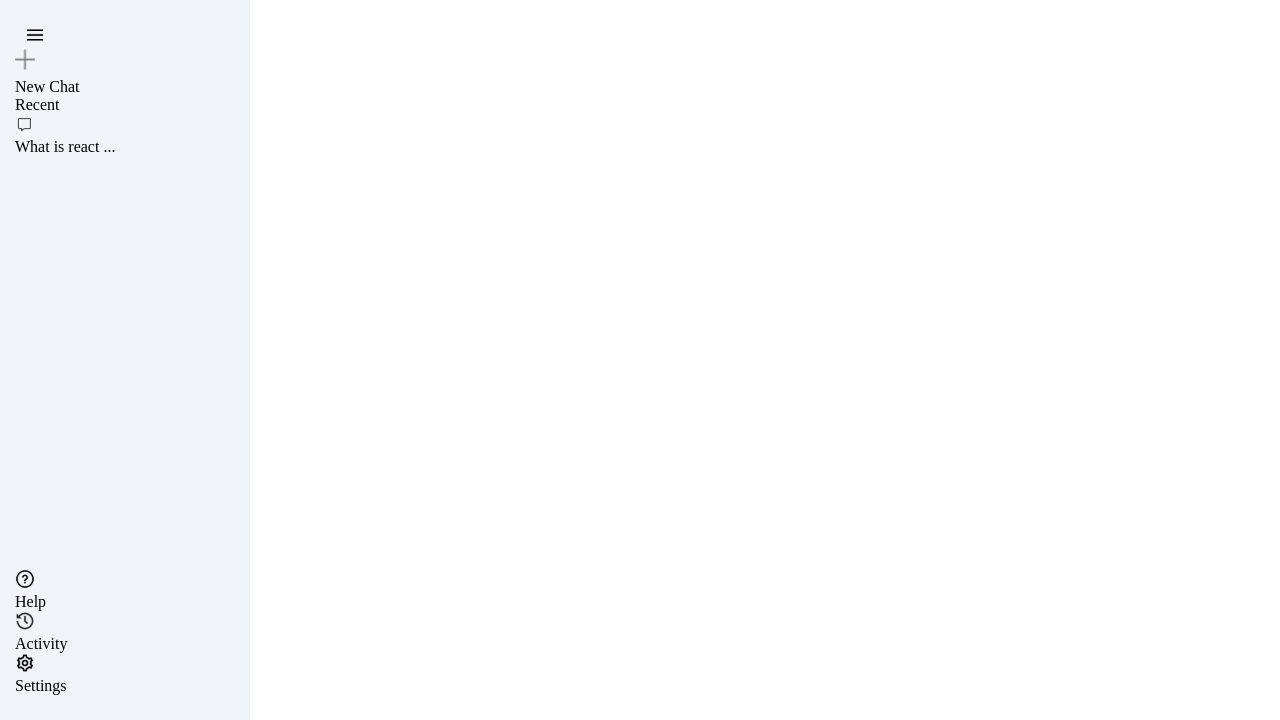
Repository: diyorbe-beep/GhostAi
Page: /
The author's editor kept a copy of each file at every save. The page is drawn from the files as they stood at one save, then again after the next save.
The browser window is 1280 px wide. The pictures show the whole page.
The project was rebuilt for these pictures with package versions that can differ from the ones it lists, and the page was loaded fresh each time. Also part of the build but not shown: vite.config.js.

Above is the page before, as saved 2025-08-31 11:51:37.

### index.html
<!doctype html>
<html lang="en">
  <head>
    <meta charset="UTF-8" />
    <link rel="icon" type="image/svg+xml" href="./public/ChatGPT Image 31 авг. 2025 г., 11_16_32.png" />
    <meta name="viewport" content="width=device-width, initial-scale=1.0" />
    <title>GhostAi</title>
  </head>
  <body>
    <div id="root"></div>
    <script type="module" src="/src/main.jsx"></script>
  </body>
</html>

### src/index.css
*{
  margin: 0;
  padding: 0;
  box-sizing: border-box;
}
#root{
  min-height: 100vh;
  display: flex;
}
/* body{
  background-color: #171618;
} */

### src/App.jsx
import React from 'react'
import Sidebar from './components/sidebar/sidebar'
export default function App() {
  return (
    <>
      <Sidebar />
    </>
  )
}

### src/components/sidebar/sidebar.jsx
import React from 'react'
import './sidebar.css'
import { assets } from '../../assets/assets'
export default function sidebar() {
  return (
    <div className='sidebar'>
      <div className="top">
        <img className='menu' src={assets.menu_icon} alt="" />
        <div className="new_chat">
          <img src={assets.plus_icon} alt="" />
          <p>New Chat</p>
        </div>
        <div className="recent">
          <p className='recent-title' >Recent </p>
          <div className="recent-entry">
            <img src={assets.message_icon} alt="" />
            <p>What is react ...</p>
          </div>
        </div>
      </div>
      <div className="bottom">
        <div className='bottom_item recent-entry'>
          <img src={assets.question_icon} alt="" />
          <p>Help</p>
        </div>
        <div className='bottom_item recent-entry'>
          <img src={assets.history_icon} alt="" />
          <p>Activity</p>
        </div>
        <div className='bottom_item recent-entry'>
          <img src={assets.setting_icon} alt="" />
          <p>Settings</p>
        </div>
      </div>
    </div>
  )
}

### src/components/sidebar/sidebar.css
.sidebar{
    min-width: 250px;
    display: inline-flex;
    flex-direction: column;
    justify-content: space-between;
    background-color: #f0f4f9;
    padding: 25px 15px;
}

.sidebar img{
    width: 20px;
}

.sidebar .menu{
    display: block;
    margin-left: 10px;
    cursor: pointer;
}

### src/assets/assets.js
import history_icon from './history_icon.png'
import menu_icon from './menu_icon.png'
import plus_icon from './plus_icon.png'
import question_icon from './question_icon.png'
import setting_icon from './setting_icon.png'
import bulb_icon from './bulb_icon.png'
import compass_icon from './compass_icon.png'
import gallery_icon from './gallery_icon.png'
import mic_icon from './mic_icon.png'
import user_icon from './user_icon.png'
import youtube_icon from './youtube_icon.png'
import message_icon from './message_icon.png'
import code_icon from './code_icon.png'
import send_icon from './send_icon.png'
import gemini_icon from './gemini_icon.png'

export const assets = {
    history_icon,
    menu_icon,
    plus_icon,
    question_icon,
    setting_icon,
    bulb_icon,
    compass_icon,
    gallery_icon,
    mic_icon,
    user_icon,
    youtube_icon,
    message_icon,
    code_icon,
    send_icon,
    gemini_icon
}

Loaded but not shown: src/main.jsx (common file)

After the next save:
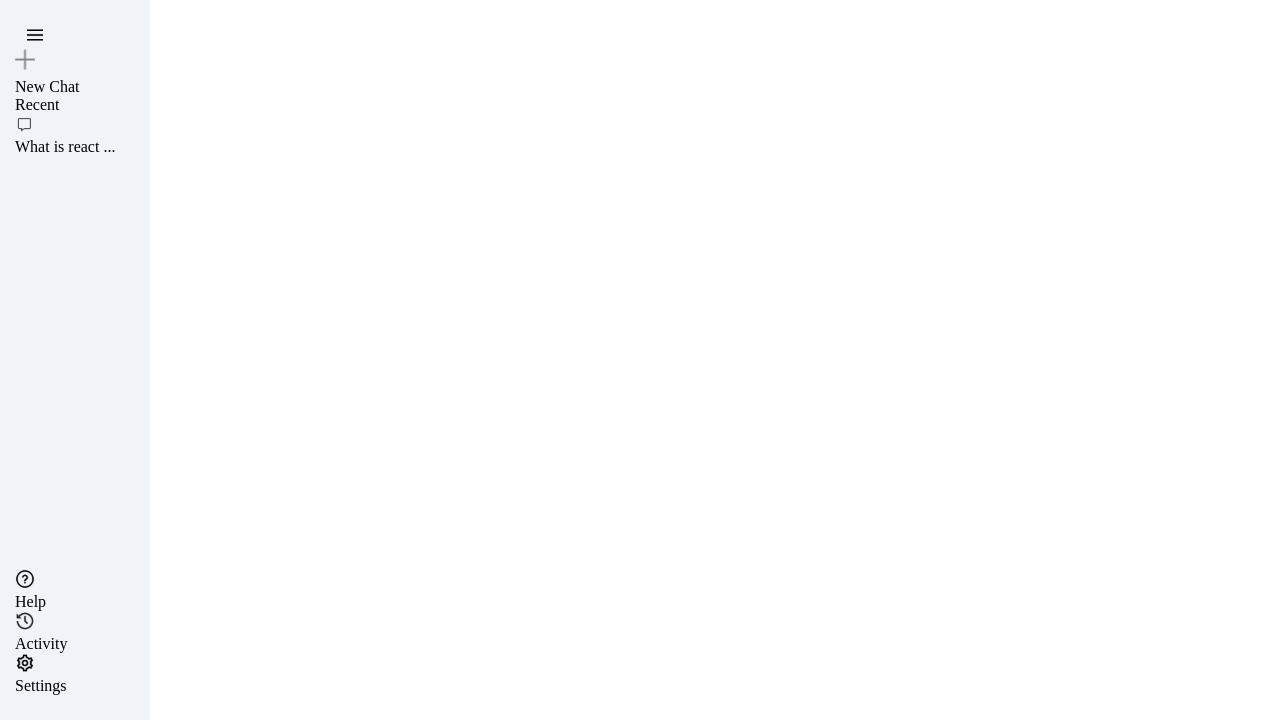
Saved 4 min 23 s later.
--- a/src/components/sidebar/sidebar.css
+++ b/src/components/sidebar/sidebar.css
@@ -1,5 +1,5 @@
 .sidebar{
-    min-width: 250px;
+    min-width: 150px;
     display: inline-flex;
     flex-direction: column;
     justify-content: space-between;
